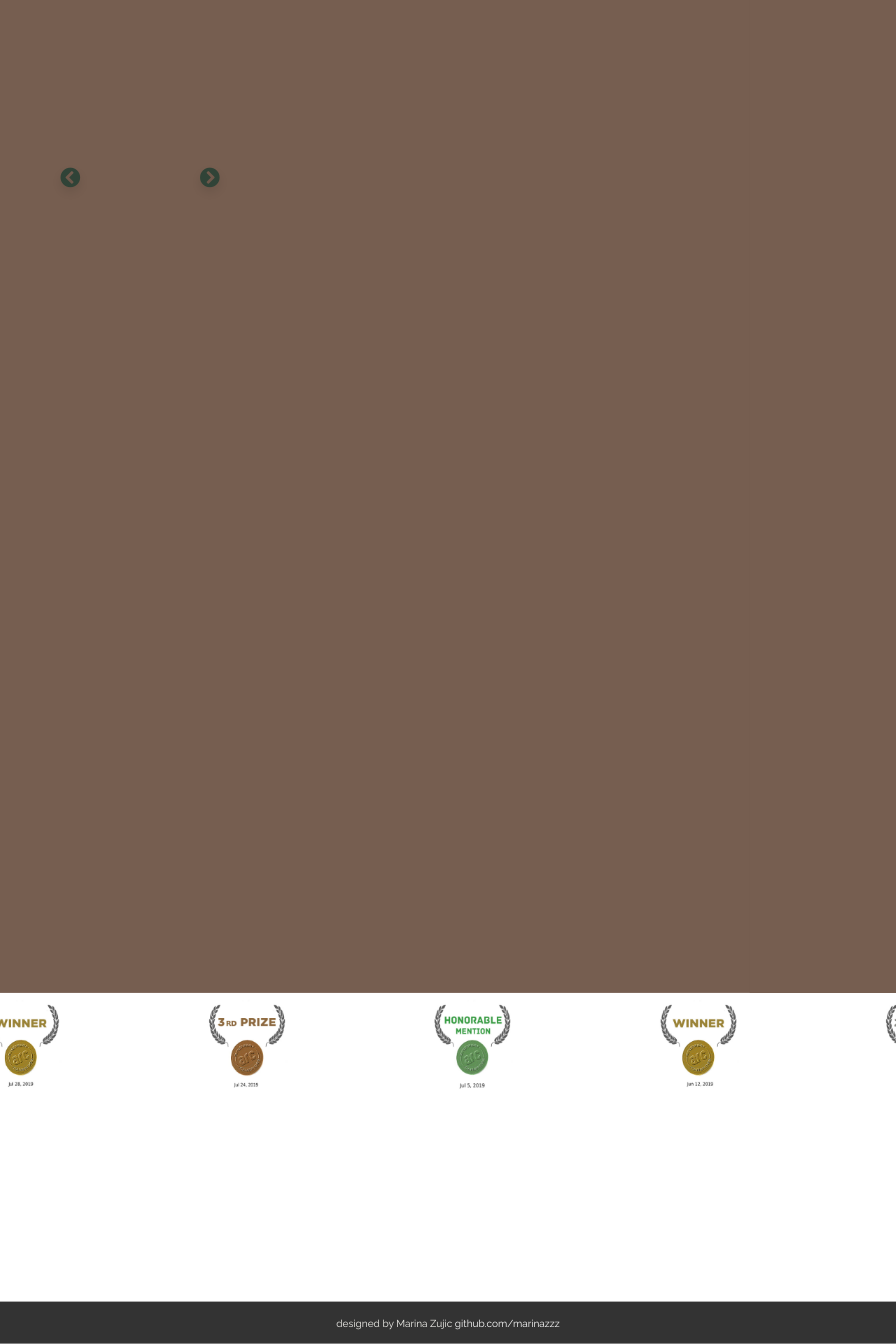
Repository: marinazzz/garden-design-website
Page: index.html
An editor plug-in stored every save of this project. The page is shown before and after the next save, followed by the edit.
The browser window is 1280 px wide. The pictures show the part of the page from y = 2868 to 4788 px (the page is 4788 px tall), at 70% of full size.

Above is the page before, as saved 2020-04-09 21:02:36.

After the next save:
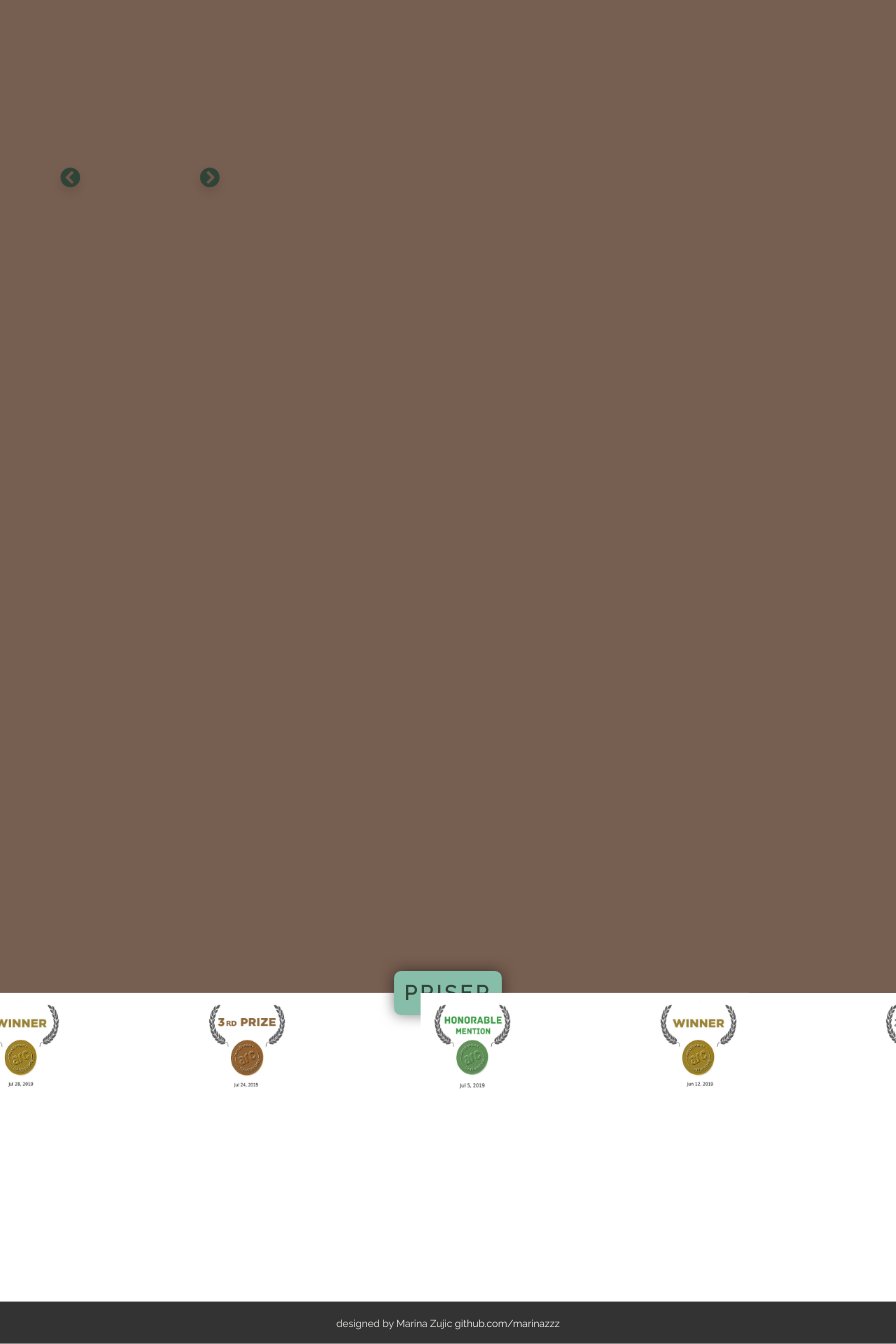
Saved 5 min 27 s later.
--- a/index.html
+++ b/index.html
@@ -352,6 +352,7 @@
             </div>
         </div>
         <section id="section__awards">
+      <h1 class="gallery__title sections__title">Priser</h1>
           <div class="glide">
             <div class="glide__track" data-glide-el="track">
               <ul class="glide__slides">
